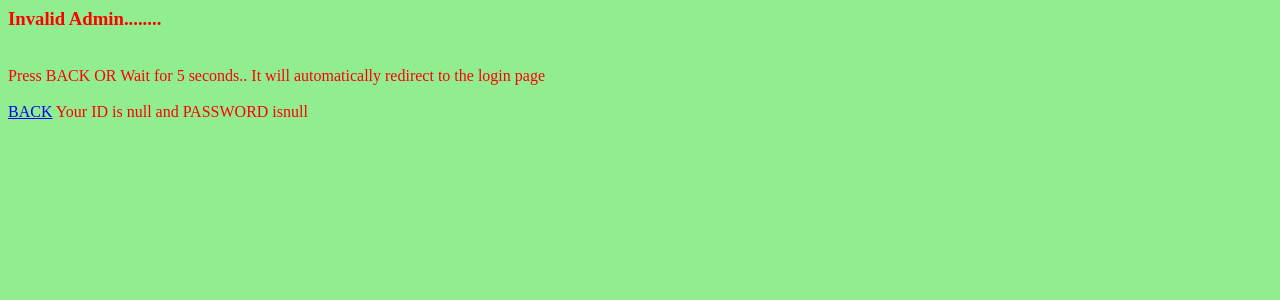
Repository: subhamsourabh265/collegeProjects
Page: http://localhost/OnlineBankingSystems/admlog1.jsp
The author's editor kept a copy of each file at every save. The page is drawn from the files as they stood at one save, then again after the next save.
The browser window is 1280 px wide. The pictures show the whole page.
The page is served by Tomcat 9. Queries for data that is not in the repository find no rows.

Above is the page before, as saved 2015-11-30 07:46:29.

After the next save:
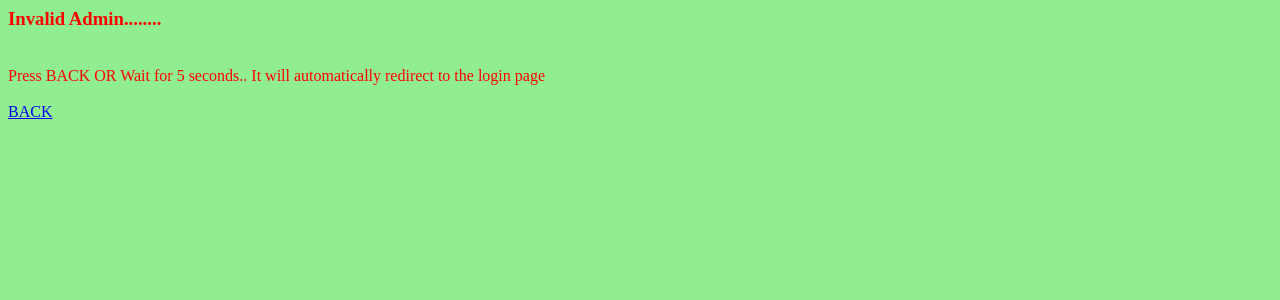
Saved 42 s later.
--- a/OnlineBankingSystems/WebContent/admlog1.jsp
+++ b/OnlineBankingSystems/WebContent/admlog1.jsp
@@ -20,8 +20,7 @@
 	  String id=(String)session.getAttribute("id");
 	  String password=(String)session.getAttribute("password");
 
-	   out.println("Your ID is\n"+id);
-	 out.println("and PASSWORD is"+password);
+
 
 	  PreparedStatement pst = conn.prepareStatement("select * from ADMIN where id='"+id+"' and password='"+password+"'");
 	 // out.println("select * from admin_log where admin_id='"+uid+"' and
@@ -31,6 +30,8 @@
   	  {
 	 	pw.println("<html><body><h3>");
 	  	pw.println(" Welcome Admin");
+	    out.println("Your ID is\n"+id);
+		 out.println("and PASSWORD is"+password);
 	  	pw.println("<br><br><a href=\"admlog.html\">CLICK HERE</a>");
 	  	pw.println("</h3></body></html>");
 

After the save that followed:
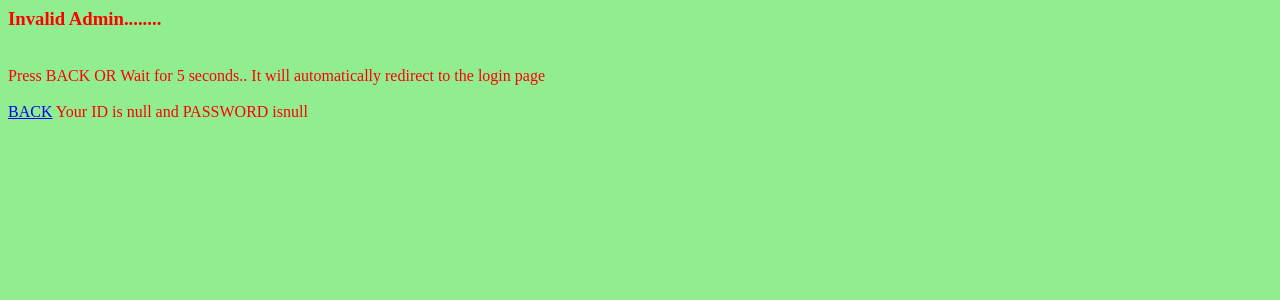
Saved 2 min 35 s later.
--- a/OnlineBankingSystems/WebContent/admlog1.jsp
+++ b/OnlineBankingSystems/WebContent/admlog1.jsp
@@ -19,6 +19,8 @@
 	  // Session to accept the values
 	  String id=(String)session.getAttribute("id");
 	  String password=(String)session.getAttribute("password");
+	  out.println("Your ID is\n"+id);
+		 out.println("and PASSWORD is"+password);
 
 
 
@@ -30,8 +32,7 @@
   	  {
 	 	pw.println("<html><body><h3>");
 	  	pw.println(" Welcome Admin");
-	    out.println("Your ID is\n"+id);
-		 out.println("and PASSWORD is"+password);
+
 	  	pw.println("<br><br><a href=\"admlog.html\">CLICK HERE</a>");
 	  	pw.println("</h3></body></html>");
 
